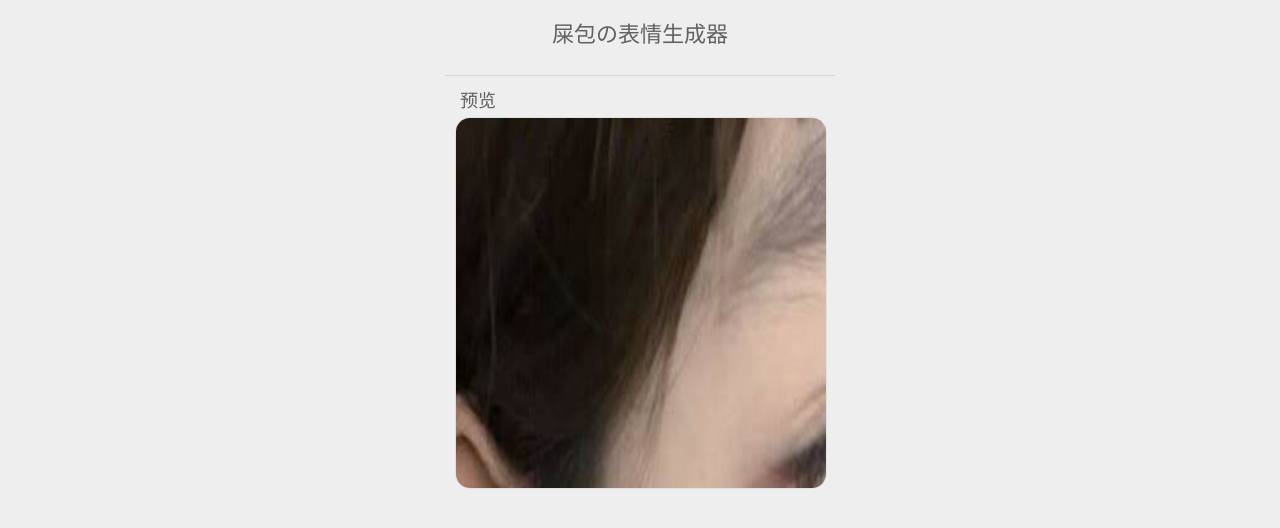
Repository: long-zuyang/shibao
Page: /
An editor plug-in stored every save of this project. The page is shown before and after the next save, followed by the edit.
The browser window is 1280 px wide. The pictures show the whole page.
The project was rebuilt for these pictures with package versions that can differ from the ones it lists, and the page was loaded fresh each time. Also part of the build but not shown: vite.config.ts.

Above is the page before, as saved 2023-06-29 23:51:02.

After the next save:
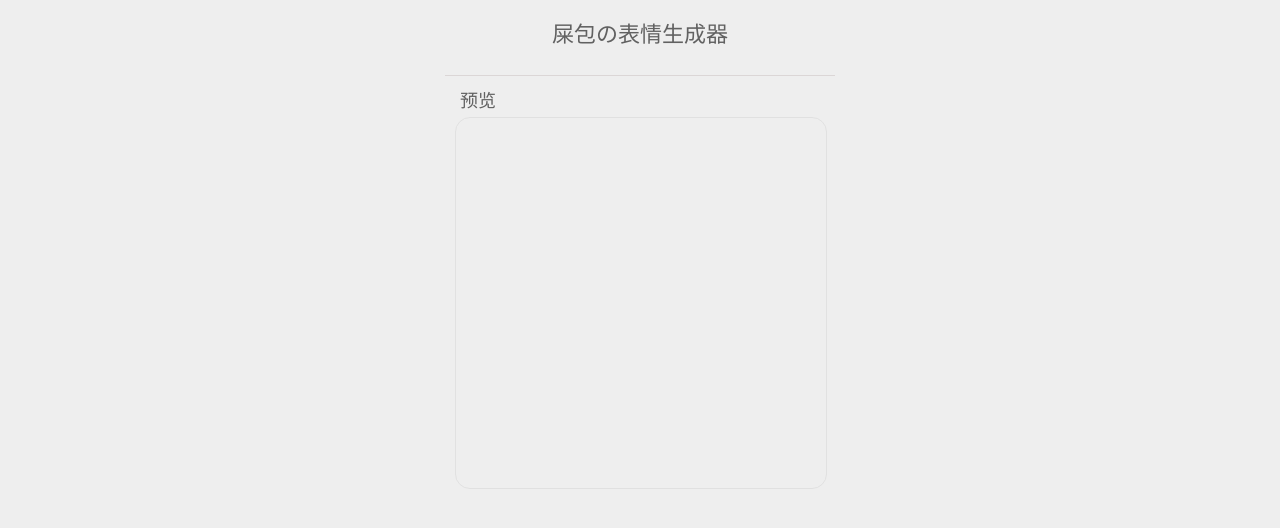
Console error (its wording comes from the project's code and is left out).
Saved 6 s later.
--- a/src/components/CanvasDraw.tsx
+++ b/src/components/CanvasDraw.tsx
@@ -24,7 +24,7 @@
       // const y = (img.height - size) / 2;
       // ctx?.drawImage(img, x, y, size, size, 0, 0, canvas.width, canvas.height);
 
-      ctx?.drawImage(img,0,0,img.width,img.width)
+      ctx?.drawImage(img,0,0,img.width,img.width,0,0,)
     };
   }, []);
   // if (!canvasRef.current) {

After the save that followed:
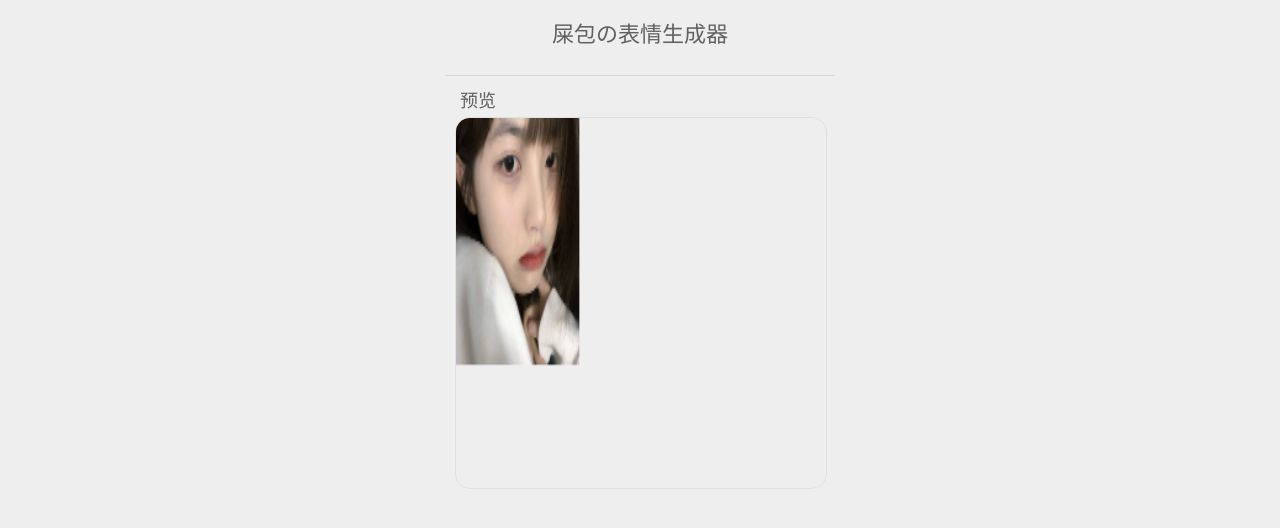
The error is gone.
Saved 4 s later.
--- a/src/components/CanvasDraw.tsx
+++ b/src/components/CanvasDraw.tsx
@@ -24,7 +24,7 @@
       // const y = (img.height - size) / 2;
       // ctx?.drawImage(img, x, y, size, size, 0, 0, canvas.width, canvas.height);
 
-      ctx?.drawImage(img,0,0,img.width,img.width,0,0,)
+      ctx?.drawImage(img, 0, 0, img.width, img.width, 0, 0, 100, 100);
     };
   }, []);
   // if (!canvasRef.current) {
